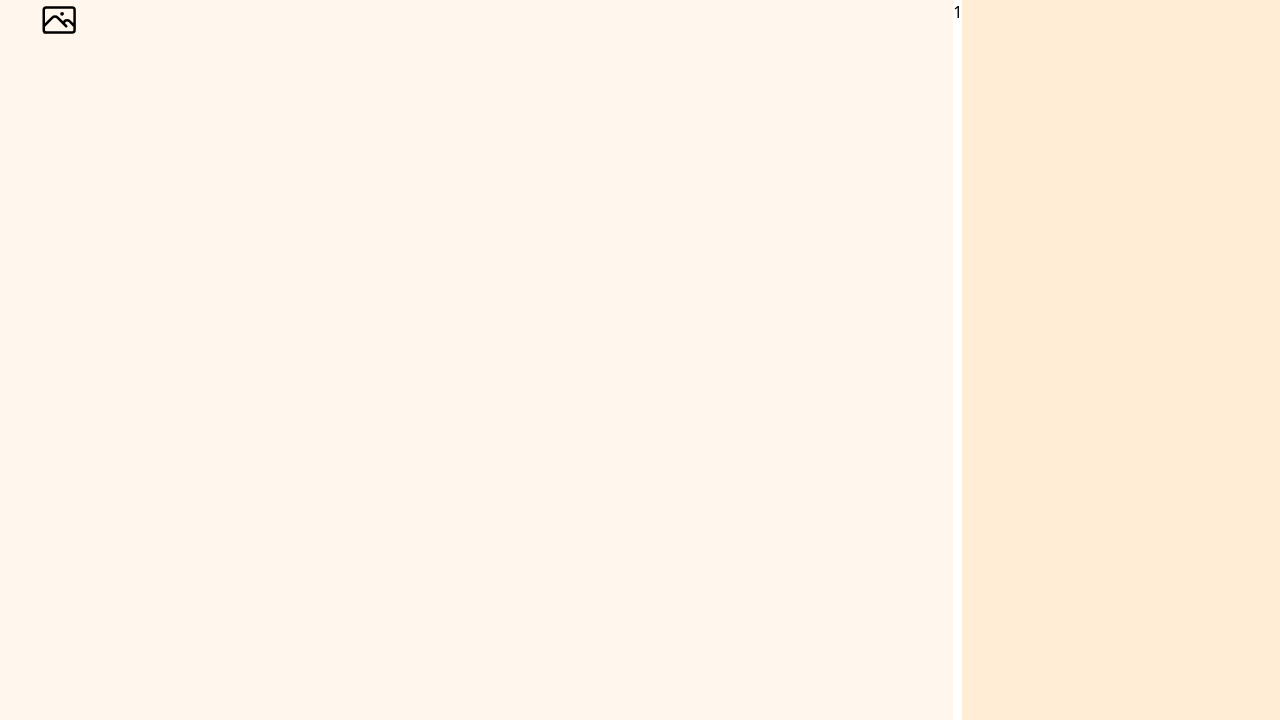
Repository: gaosth/Eyesee
Page: /dtail
An editor plug-in stored every save of this project. The page is shown before and after the next save, followed by the edit.
The browser window is 1280 px wide. The pictures show the whole page.
The project was rebuilt for these pictures with package versions that can differ from the ones it lists, and the page was loaded fresh each time. Also part of the build but not shown: vite.config.js, src/components/WelcomeItem.vue, src/components/icons/IconDocumentation.vue, src/components/icons/IconTooling.vue, src/components/icons/IconEcosystem.vue, src/components/icons/IconCommunity.vue, src/components/icons/IconSupport.vue, src/components/TheWelcome.vue and 5 more.

Above is the page before, as saved 2024-03-15 11:30:58.

After the next save:
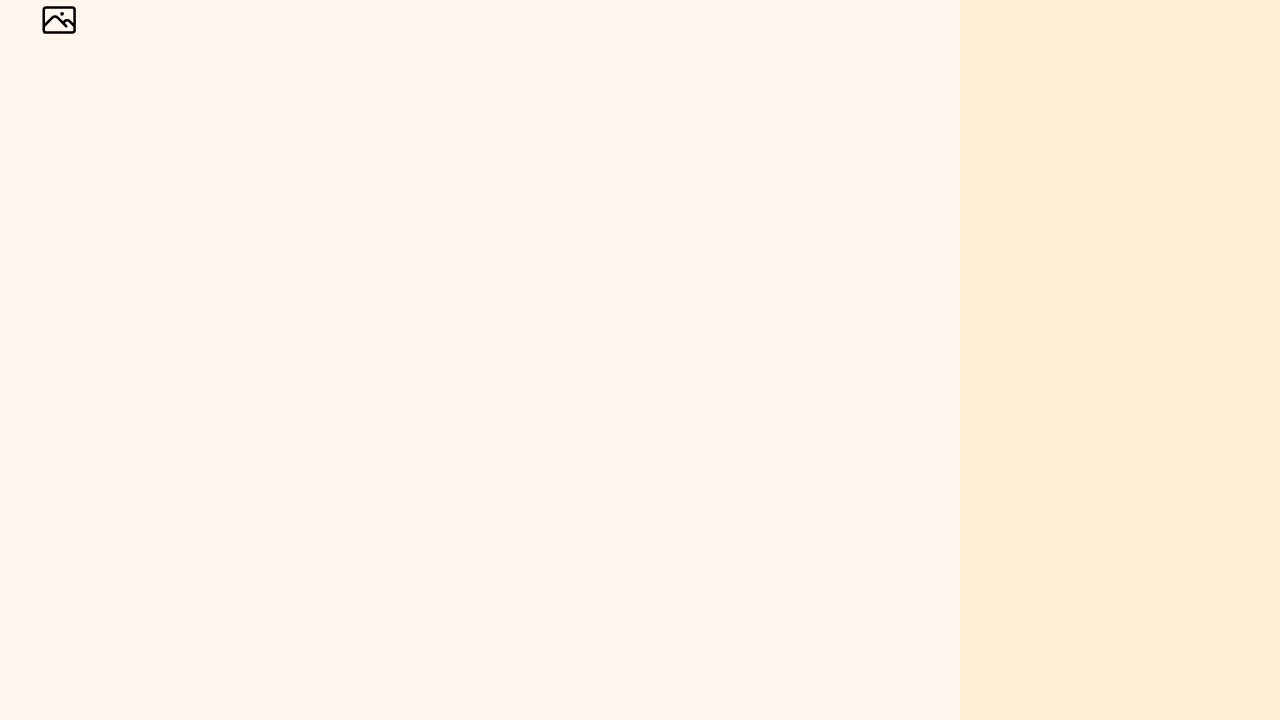
Saved 55 s later.
--- a/src/views/DetailView.vue
+++ b/src/views/DetailView.vue
@@ -6,7 +6,7 @@
                     <path stroke-linecap="round" stroke-linejoin="round" d="m2.25 15.75 5.159-5.159a2.25 2.25 0 0 1 3.182 0l5.159 5.159m-1.5-1.5 .409-1.409a2.25 2.25 0 0 1 3.182 0l2.909 2.909m-18 3.75h16.5a1.5 1.5 0 0 0 1.5-1.5V6a1.5 1.5 0 0 0-1.5-1.5H3.75A1.5 1.5 0 0 0 2.25 6v12a1.5 1.5 0 0 0 1.5 1.5Zm10.5-11.25h.008v.008h-.008V8.25Zm.375 0a.375.375 0 1 1-.75 0 .375.375 0 0 1 .75 0Z" />
                 </svg>
             </div>
-        </div>1
+        </div>
         <div class="w-1/4 bg-orange-100"></div>
     </div>
 </template>
